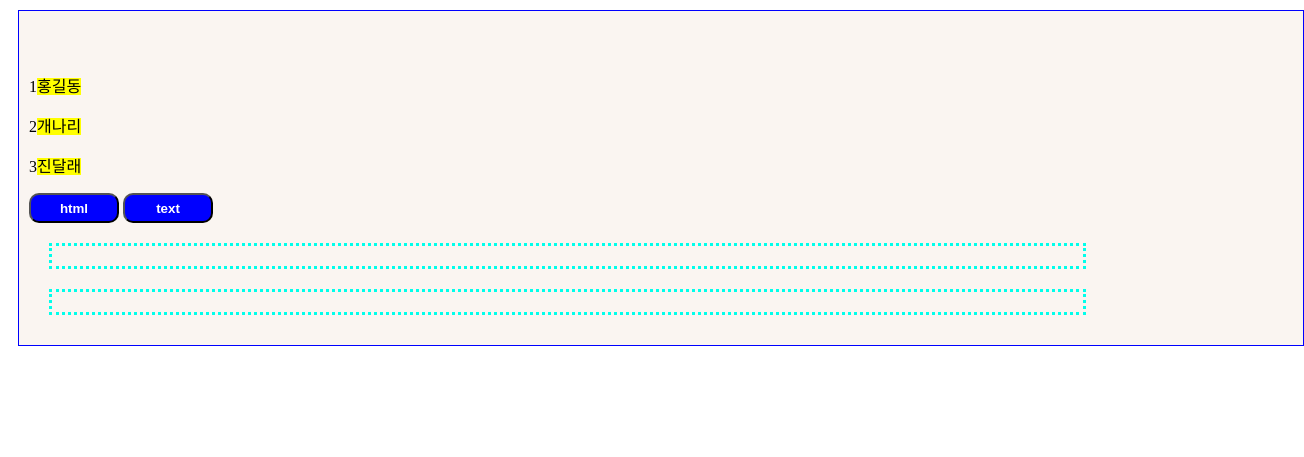
Repository: yul3220/WebProgrammingLecture
Page: jqpro/WebContent/2021-01-25/html, text메소드.html
These files come from the project's save history. The page is drawn as it stood at one moment and after the next save; the edit follows.
The browser window is 1280 px wide. The page is 1304 px wide, so the pictures cover 1304 px, including what lies to the right of the window. The pictures show the whole page.
After loading, the first visible `input` was clicked once.

Above is the page before, as saved 2021-01-25 00:38:36.

After the next save:
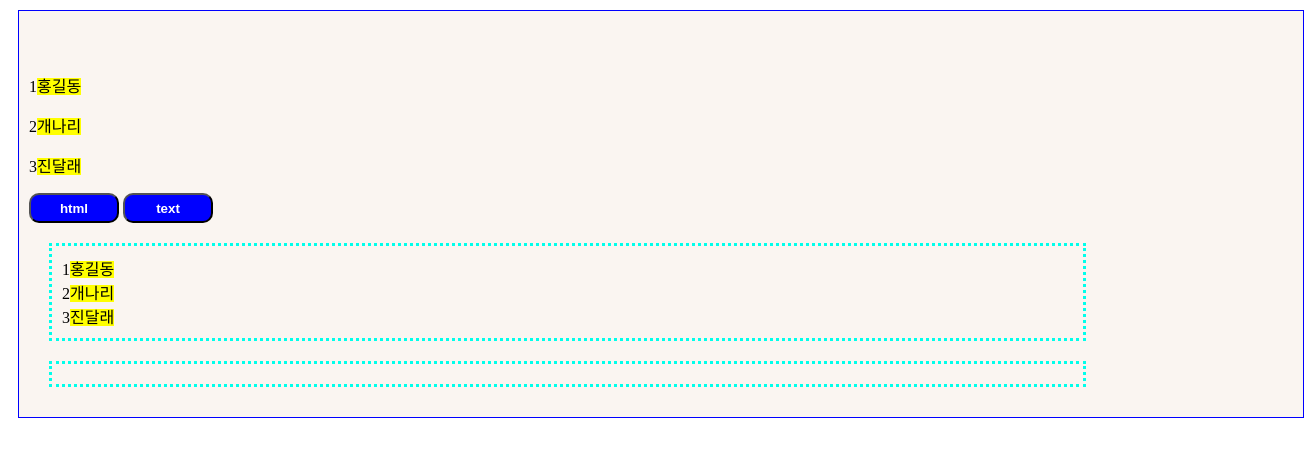
Saved 101 s later.
--- a/jqpro/WebContent/2021-01-25/html, text메소드.html
+++ b/jqpro/WebContent/2021-01-25/html, text메소드.html
@@ -25,10 +25,11 @@
 
 			//p태그의 내용 3개 모두 가져오기 - 반복문 사용
 			res = "";
-			$.each($("p"), function(i){//i++은 없지만 function(i)를 사용하면 내부적으로 i가 증가한다.
-				res += $(this).html() + "\n";
+			$.each($("p"), function(i, v){//i++은 없지만 function(i)를 사용하면 내부적으로 i가 증가한다.
+				//res += $(this).html() + "\n";
+				res += $(v).html() + "<br>";//div에서 작성할때 <br>사용, \n도 다른 곳에서는 사용가능
 			})
-			alert(res);
+			$("#result1").html(res);
 		})
 
 		$("input[value=text]").on("click", function(){
